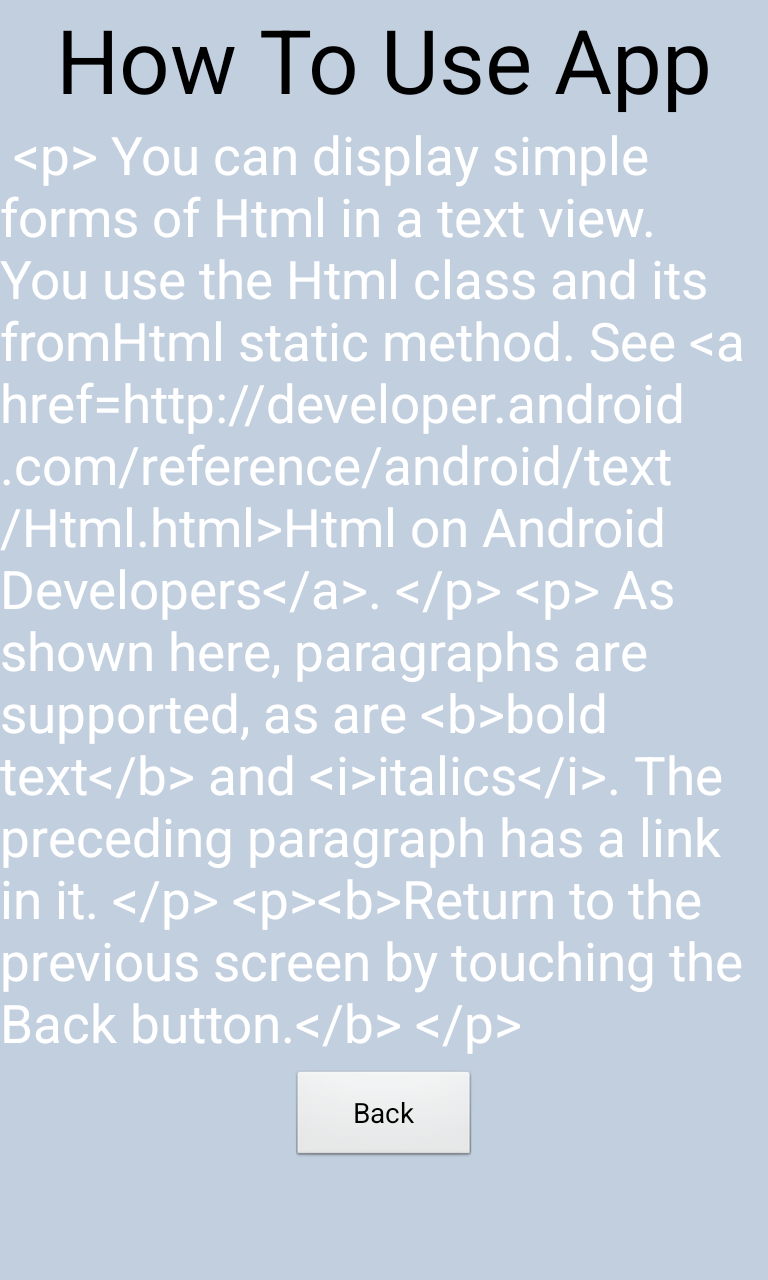
Repository: parinya1968/My-project
Layout: DroidWork/getBig/res/layout/howto.xml
These files come from the project's save history. The layout is drawn as it stood at one moment and after the next save; the edit follows.
It is drawn on a 768 x 1280 px phone screen (xhdpi) without system bars, with theme android:Theme.NoTitleBar.Fullscreen; the app's code is not run.

Above is the layout before, as saved 2012-06-20 05:55:13.

After the next save:
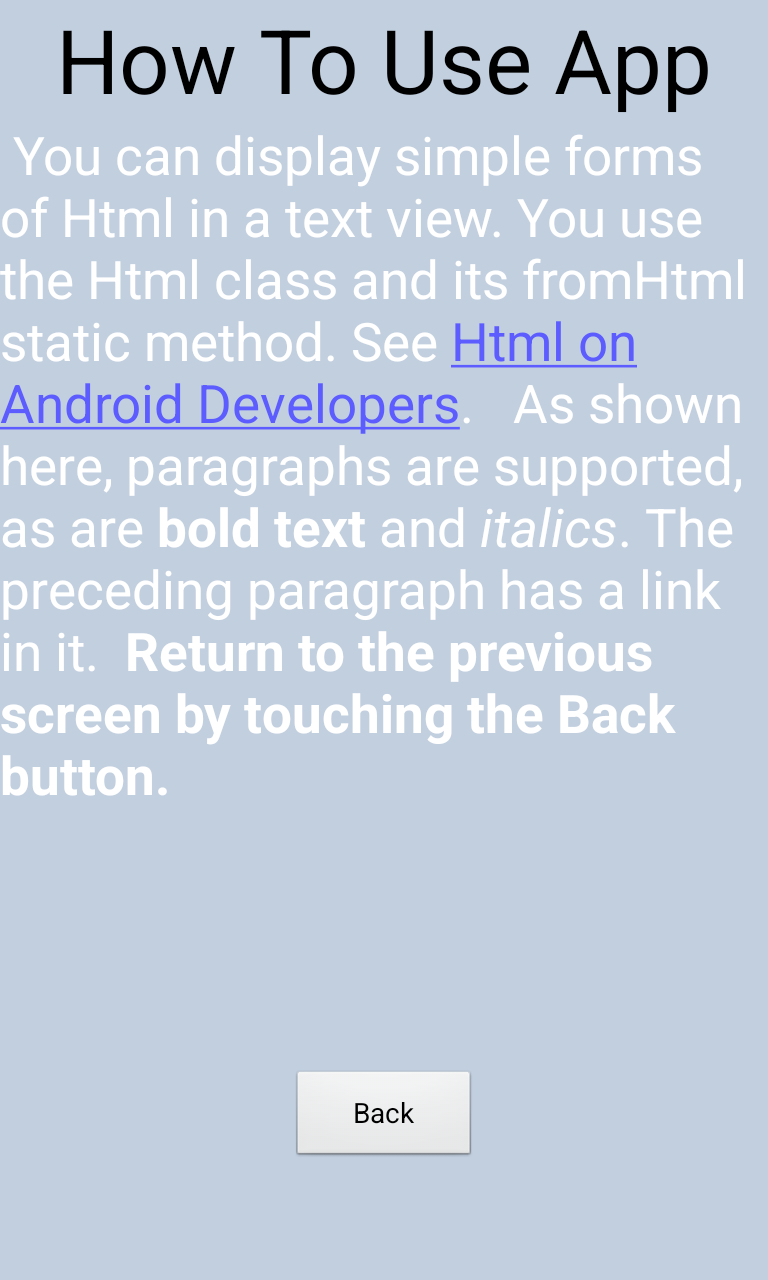
Saved 31 s later.
--- a/DroidWork/getBig/res/values/strings.xml
+++ b/DroidWork/getBig/res/values/strings.xml
@@ -3,7 +3,7 @@
 
     <string name="hello">Hello World, GetBigActivity!</string>
     <string name="app_name">GetBig</string>
-    <string name="howTo"><![CDATA[
+    <string name="howTo">
  <p>
  You can display simple forms of Html in a text view.
  You use the Html class and its fromHtml static method.
@@ -18,6 +18,6 @@
  </p>
  <p><b>Return to the previous screen by touching the Back button.</b>
  </p>
- ]]></string>
+ </string>
 
 </resources>
